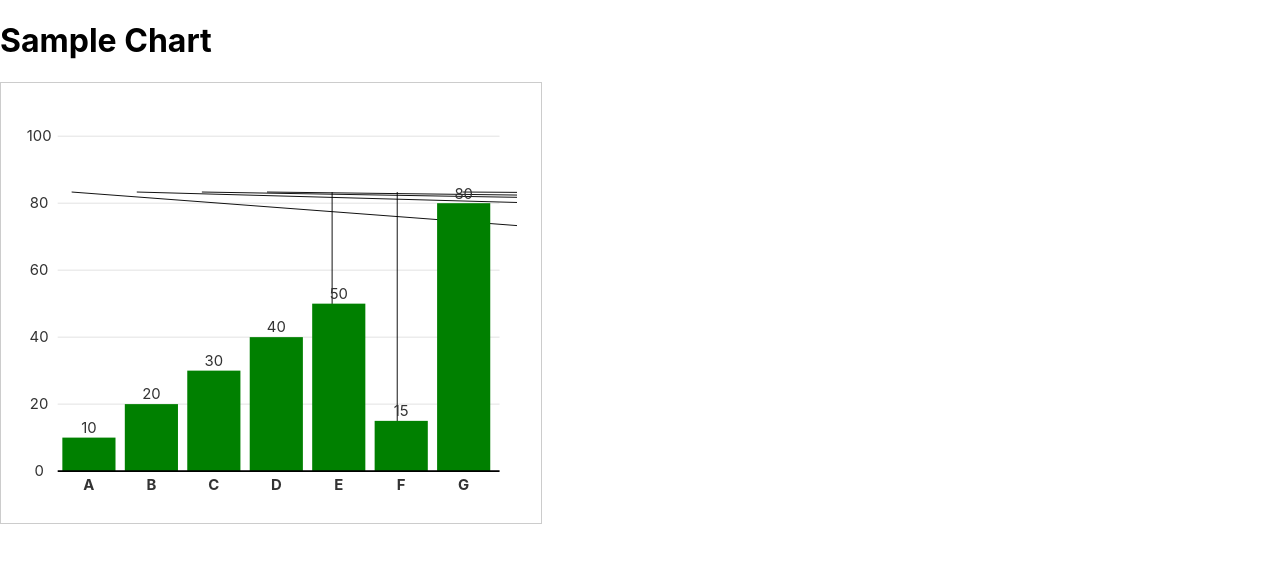
Repository: CaptainJang316/GChart
Page: /
These files come from the project's save history. The page is drawn as it stood at one moment and after a run of saves; the edit follows.
The browser window is 1280 px wide. The pictures show the whole page.
The project was rebuilt for these pictures with package versions that can differ from the ones it lists, and the page was loaded fresh each time. Also part of the build but not shown: src/App.css.

Above is the page before, as saved 2024-11-09 17:20:07.

After the next 2 saves:
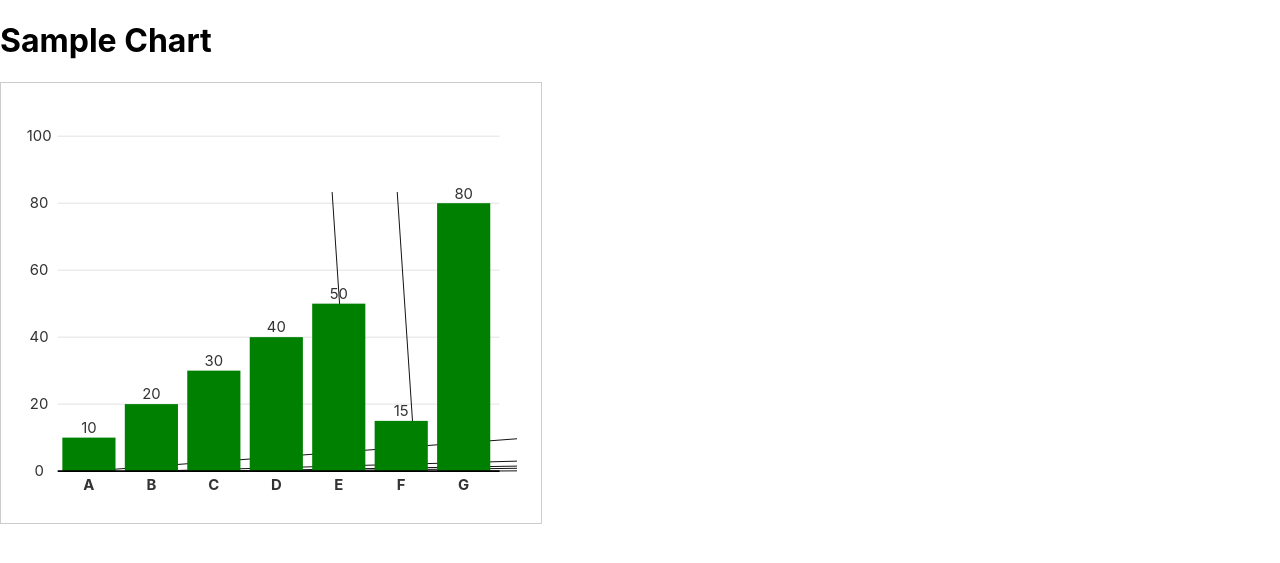
The 2 saves are shown as one change because they came seconds apart.
The last was saved 7 s later.
--- a/src/components/Chart/BarChart.tsx
+++ b/src/components/Chart/BarChart.tsx
@@ -61,9 +61,9 @@ const BarChart: React.FC<Option> = ({
                     {gridLines.vertical.map((el: { id: React.Key | null | undefined; x1: number ; y1: number ; x2: number ; y2: number; }, index: number) => (
                         <line
                             key={el.id}
-                            x1={el.x1 + '20'}
+                            x1={el.x1 + 20}
                             y1={height}
-                            x2={el.x2}
+                            x2={el.x2 + '20'}
                             y2={100}
                             stroke="black"
                             // strokeDasharray="4 4"
